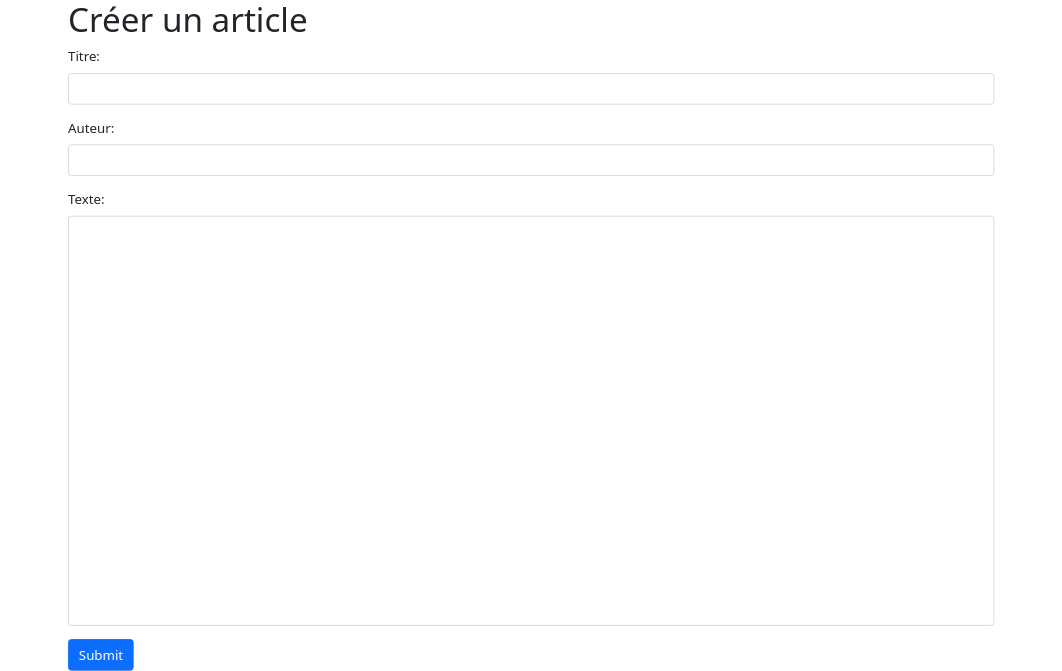
Repository: QuentinFayt/NewsWeb
Page: sources/adminNewsWeb/createArticle.html
The author's editor kept a copy of each file at every save. The page is drawn from the files as they stood at one save, then again after the next save.
The browser window is 1280 px wide. The pictures show the whole page, at 83% of full size.

Above is the page before, as saved 2021-12-23 11:05:18.

### sources/adminNewsWeb/createArticle.html
<!doctype html>
<html lang="fr">

<head>
    <!-- Required meta tags -->
    <meta charset="utf-8">
    <meta name="viewport" content="width=device-width, initial-scale=1">

    <!-- Bootstrap CSS -->
    <link href="https://cdn.jsdelivr.net/npm/bootstrap@5.1.3/dist/css/bootstrap.min.css" rel="stylesheet" integrity="sha384-1BmE4kWBq78iYhFldvKuhfTAU6auU8tT94WrHftjDbrCEXSU1oBoqyl2QvZ6jIW3" crossorigin="anonymous">

    <title>Créer un article</title>
</head>

<body>
    <main class="container">
        <h1>Créer un article</h1>
        <form>
            <div class="mb-3">
                <label for="titre" class="form-label">Titre:</label>
                <input type="text" class="form-control" id="titre" required>
            </div>
            <div class="mb-3">
                <label for="autor" class="form-label">Auteur:</label>
                <input type="text" class="form-control" id="autor" required>
            </div>
            <div class="mb-3">
                <label for="text" class="form-label">Texte:</label>
                <textarea class="form-control" id="text" rows="20" style="resize: none;" required></textarea>
            </div>
            <button type="submit" class="btn btn-primary">Submit</button>
        </form>
    </main>
    <script src="https://cdn.jsdelivr.net/npm/bootstrap@5.1.3/dist/js/bootstrap.bundle.min.js" integrity="sha384-ka7Sk0Gln4gmtz2MlQnikT1wXgYsOg+OMhuP+IlRH9sENBO0LRn5q+8nbTov4+1p" crossorigin="anonymous"></script>
</body>

</html>

After the next save:
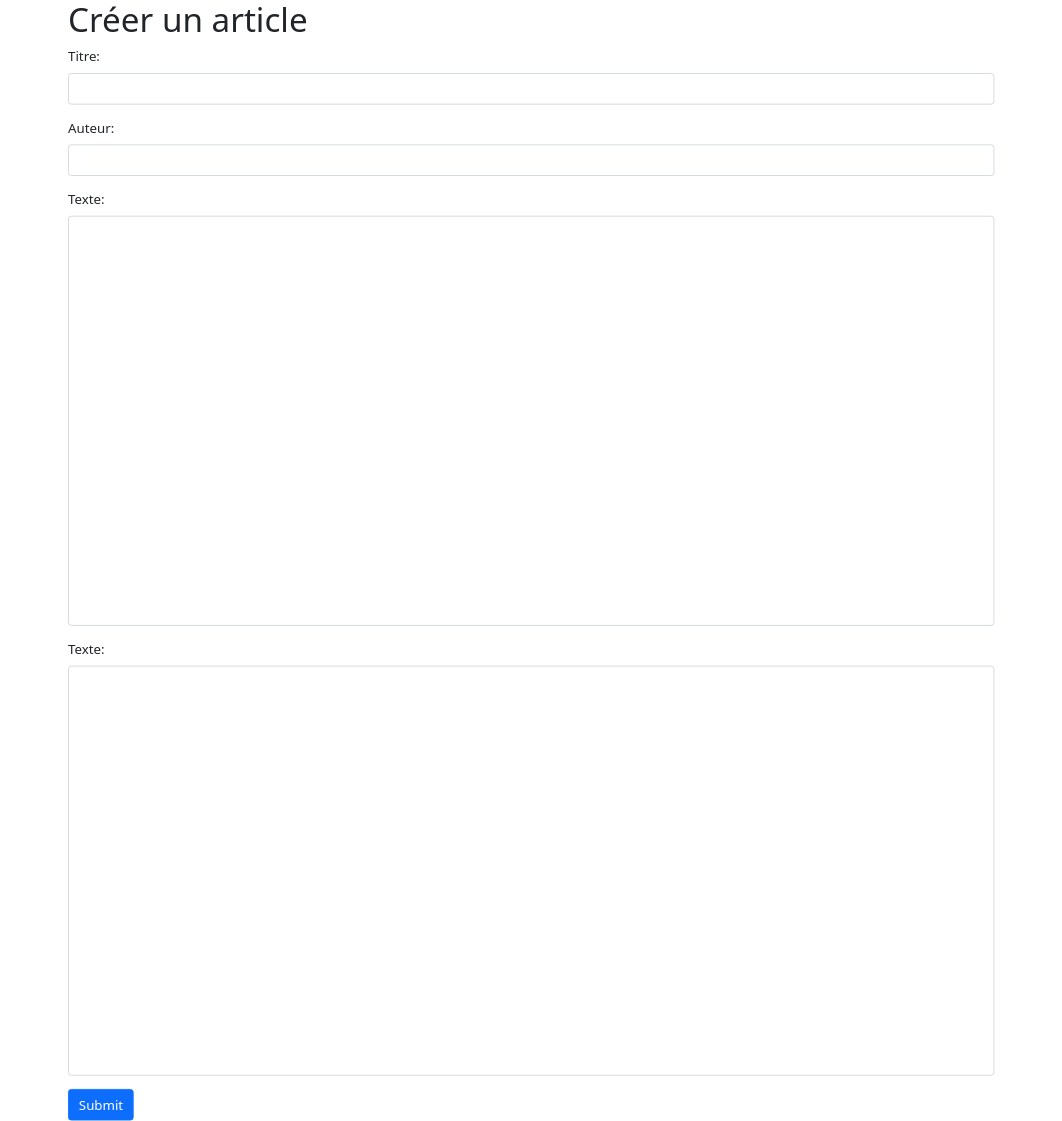
Saved 53 s later.
--- a/sources/adminNewsWeb/createArticle.html
+++ b/sources/adminNewsWeb/createArticle.html
@@ -28,6 +28,10 @@
                 <label for="text" class="form-label">Texte:</label>
                 <textarea class="form-control" id="text" rows="20" style="resize: none;" required></textarea>
             </div>
+            <div class="mb-3">
+                <label for="text" class="form-label">Texte:</label>
+                <textarea class="form-control" id="text" rows="20" style="resize: none;" required></textarea>
+            </div>
             <button type="submit" class="btn btn-primary">Submit</button>
         </form>
     </main>
